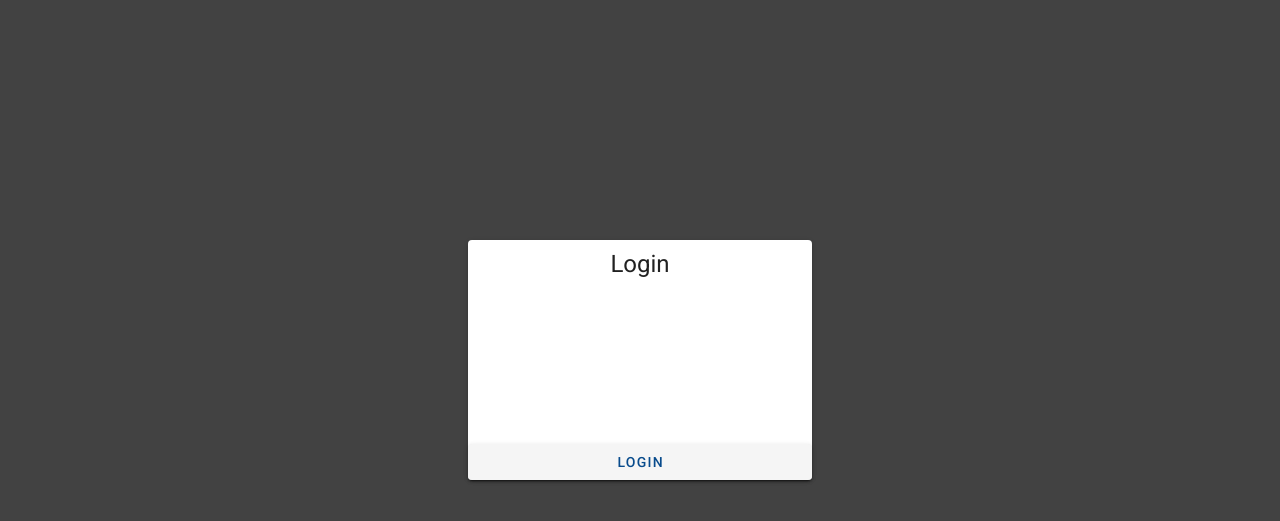
Repository: Grace229/Login
Page: /
An editor plug-in stored every save of this project. The page is shown before and after the next save, followed by the edit.
The browser window is 1280 px wide. The pictures show the whole page.
The project was rebuilt for these pictures with package versions that can differ from the ones it lists, and the page was loaded fresh each time. Also part of the build but not shown: vue.config.js. Imported but missing from the stored project, and not drawn on this page: src/views/About.vue.

Above is the page before, as saved 2021-02-15 16:40:01.

After the next save:
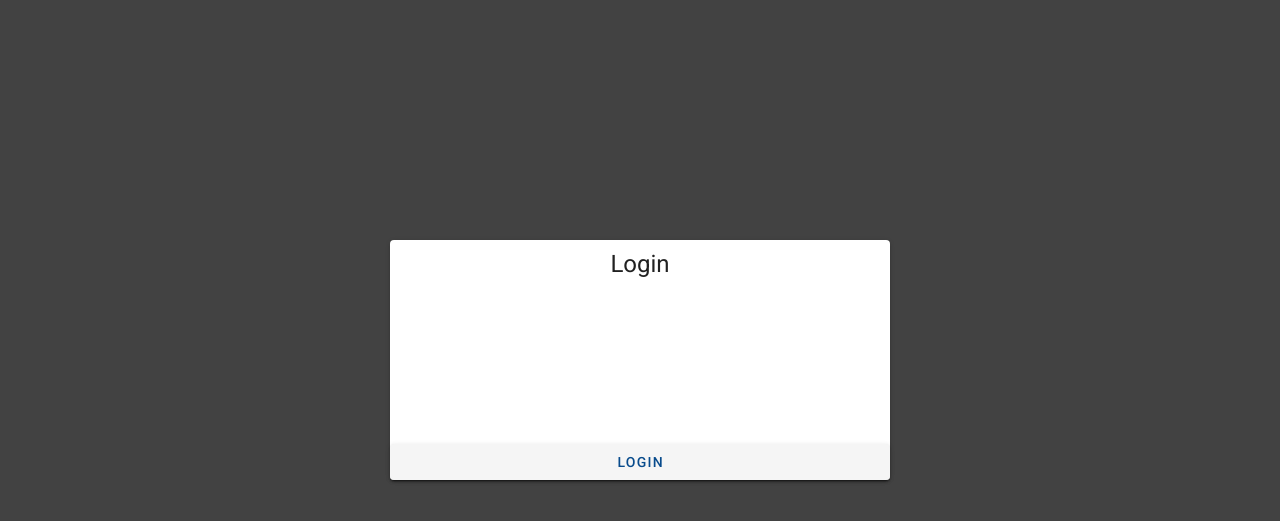
Saved 34 s later.
--- a/src/views/Home.vue
+++ b/src/views/Home.vue
@@ -4,7 +4,7 @@
     class="secondary fill-height white--text d-flex flex-column justify-center pa-4"
   >
     <v-container>
-      <v-card class="mx-auto" max-width="344">
+      <v-card class="mx-auto" max-width="500">
         <header>
           <div class="headline text-center py-2">
             Login
